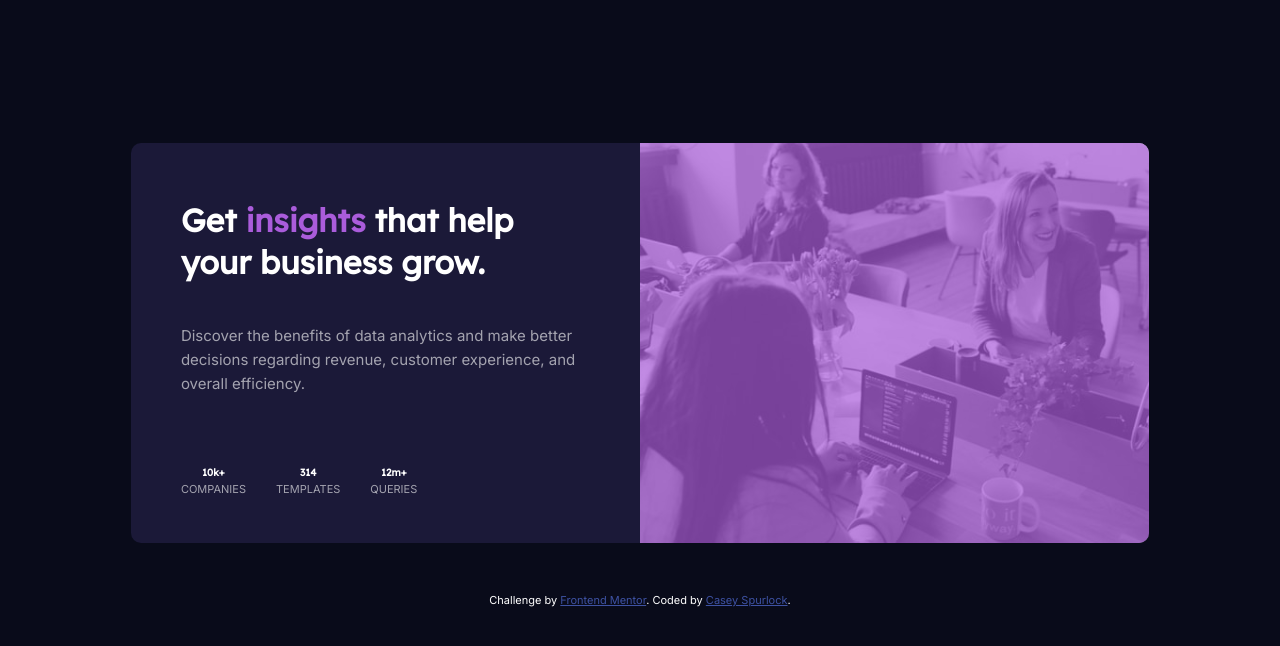
Repository: CaseySpurlock/stats-prewiew-component
Page: index.html
The author's editor kept a copy of each file at every save. The page is drawn from the files as they stood at one save, then again after the next save.
The browser window is 1280 px wide. The pictures show the whole page.

Above is the page before, as saved 2021-06-22 13:08:38.

After the next save:
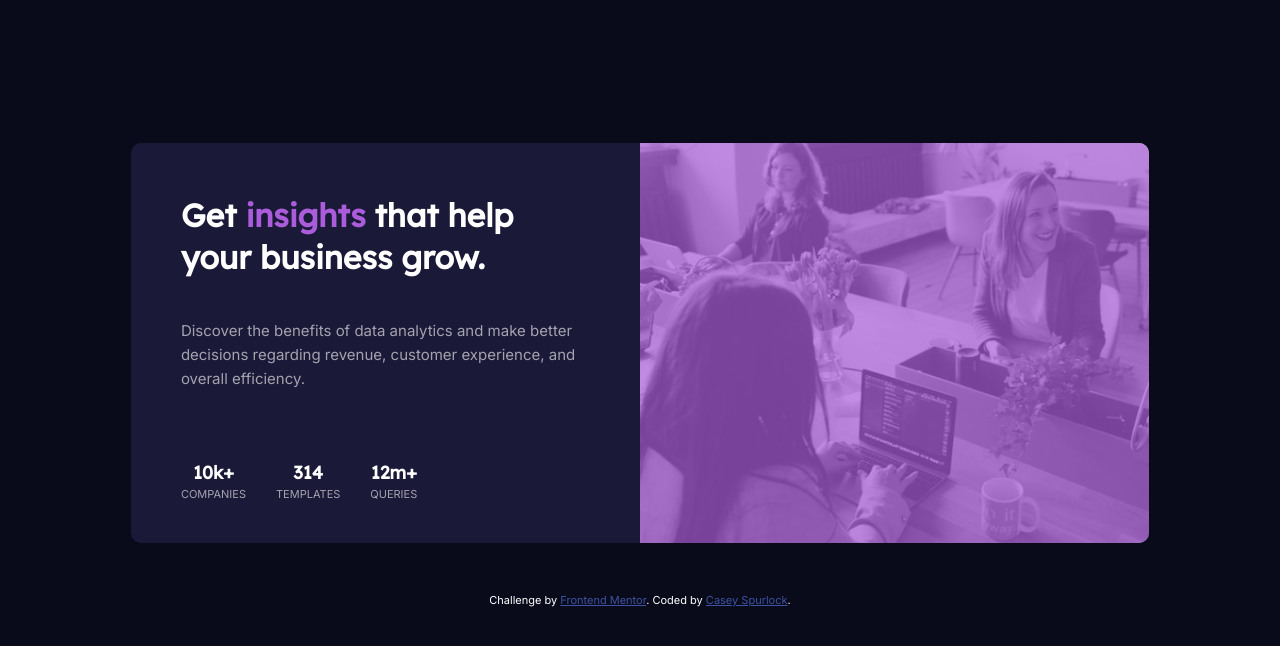
Saved 24 s later.
--- a/styles.css
+++ b/styles.css
@@ -137,7 +137,7 @@
         text-transform: lowercase;
         font-weight: 700;
         font-family: "lexend deca", sans-serif;
-        font-size: 10px;
+        font-size: 18px;
     }
 }
 
